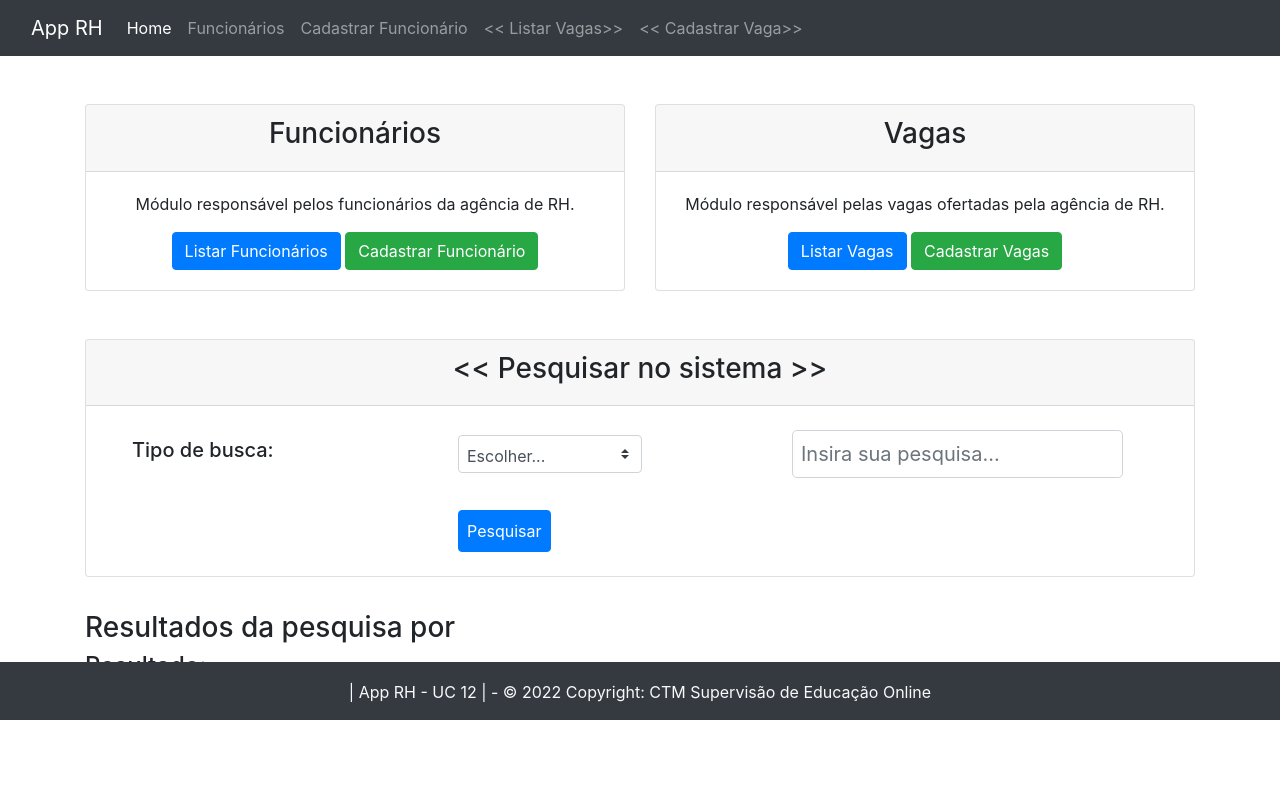
Repository: FilosoDev/SPRING-BOOT-testes
Page: http://localhost/index
The author's editor kept a copy of each file at every save. The page is drawn from the files as they stood at one save, then again after the next save.
The browser window is 1280 px wide. The pictures show the whole page.
The page is this project's Thymeleaf template; nobody is signed in. The template is opened directly, without the code that normally fills it, so the values that code supplies are empty.

Above is the page before, as saved 2021-11-23 17:28:46.
Console error: TypeError: Cannot read properties of undefined (reading 'fn')

After the next save:
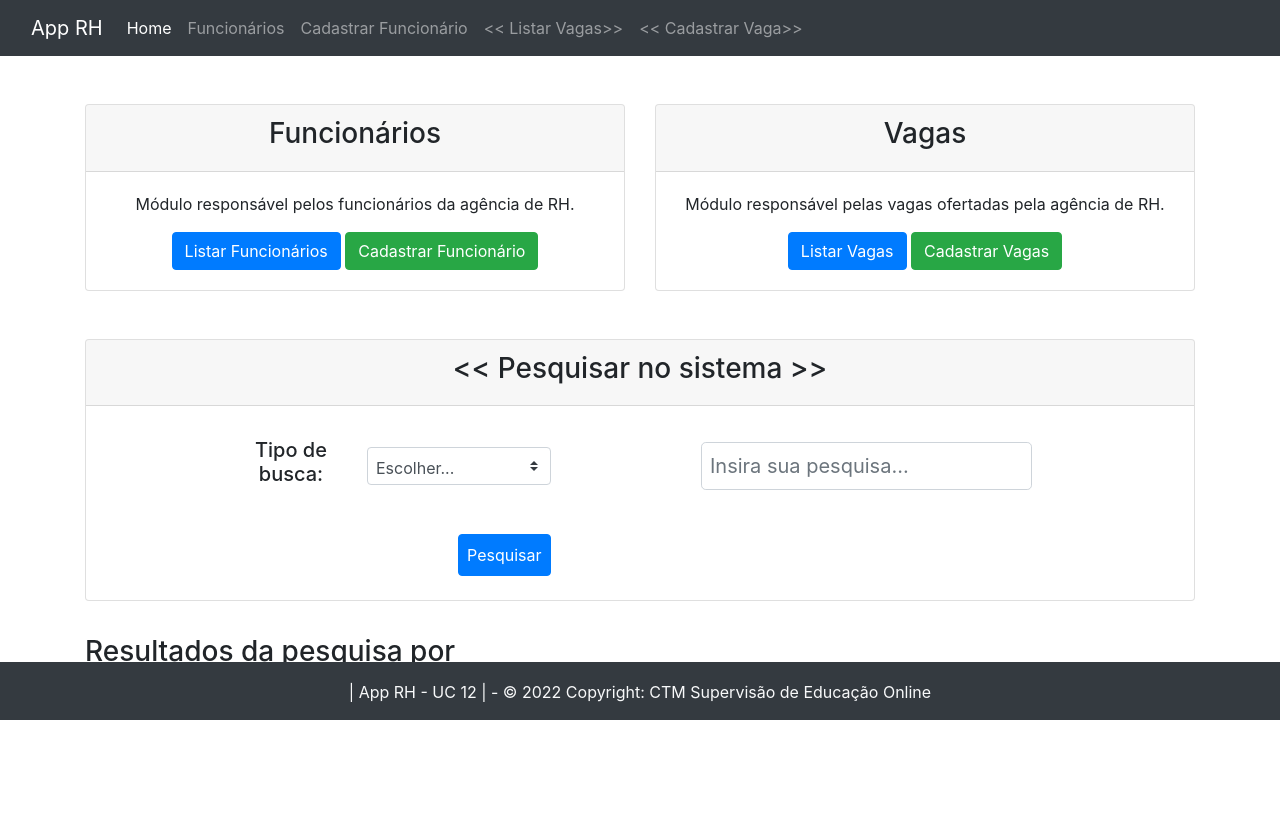
Saved 15 s later.
--- a/AppRH/AppRH/src/main/resources/templates/index.html
+++ b/AppRH/AppRH/src/main/resources/templates/index.html
@@ -104,7 +104,7 @@
 						<div class="row form-group justify-content-center w-100 p-2">
 
 
-							<div class="row col-12 col-md-4">
+							<div class="row col-12 col-md-2">
 
 								<label for="cars" class="my-3 p-2"><h5>Tipo de
 										busca:</h5></label>
